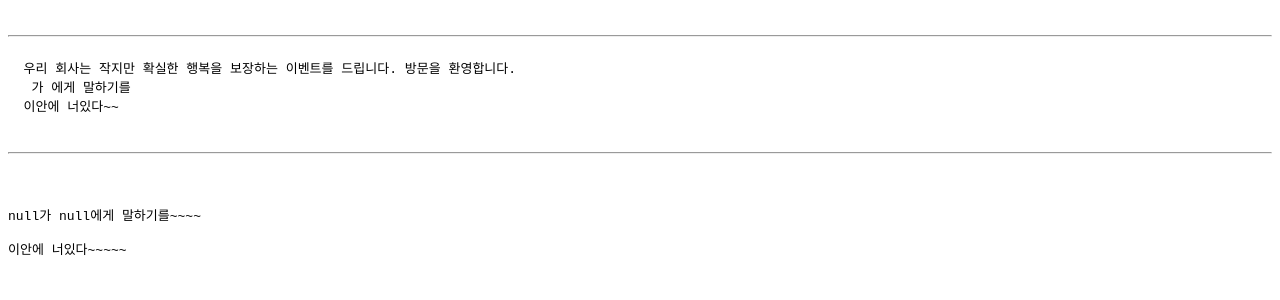
Repository: violetaplum/eclipseJSP
Page: http://localhost/JSP/200_includesub.jsp
The author's editor kept a copy of each file at every save. The page is drawn from the files as they stood at one save, then again after the next save.
The browser window is 1280 px wide. The pictures show the whole page.
The page is served by Tomcat 9. Other server files are loaded and not shown.

Above is the page before, as saved 2019-06-07 10:43:05.

### JSP/WebContent/200_includesub.jsp
<%@ page language="java" contentType="text/html; charset=utf-8"
    pageEncoding="utf-8"%>
<!DOCTYPE html>
<html>
<head>
<meta charset="EUC-KR">
<title>include 지시어로 파일 포함 하기</title>
</head>
<body>
<pre>
  <hr />
  우리 회사는 작지만 확실한 행복을 보장하는 이벤트를 드립니다. 방문을 환영합니다.
  ${param.name} 가 ${param.name2}에게 말하기를
  ${"이안에 너있다~~"}<br />
  <hr />


<%
  String name = request.getParameter("name");
  String name2 = request.getParameter("name2");
  out.println(name+"가 "+name2+"에게 말하기를~~~~"+"<br />");
  out.println("이안에 너있다~~~~~");
%>

</pre>
</body>
</html>

After the next save:
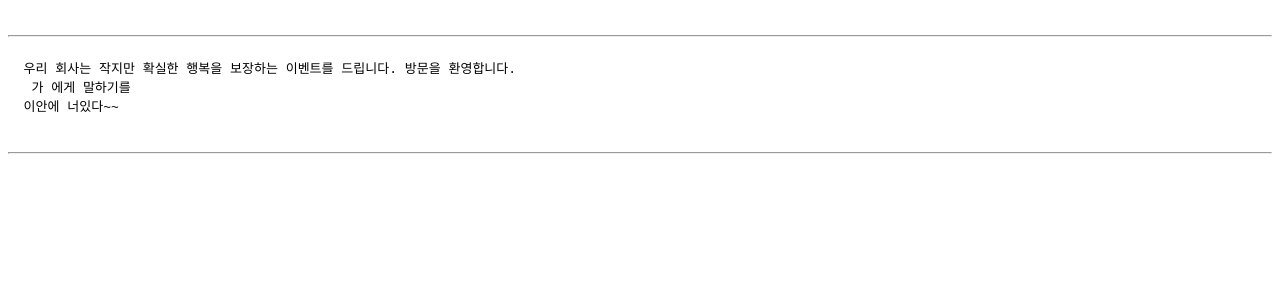
Saved 2 min 3 s later.
--- a/JSP/WebContent/200_includesub.jsp
+++ b/JSP/WebContent/200_includesub.jsp
@@ -14,13 +14,13 @@
   ${"이안에 너있다~~"}<br />
   <hr />
 
-
+<%--
 <%
   String name = request.getParameter("name");
   String name2 = request.getParameter("name2");
   out.println(name+"가 "+name2+"에게 말하기를~~~~"+"<br />");
   out.println("이안에 너있다~~~~~");
-%>
+%> --%>
 
 </pre>
 </body>
